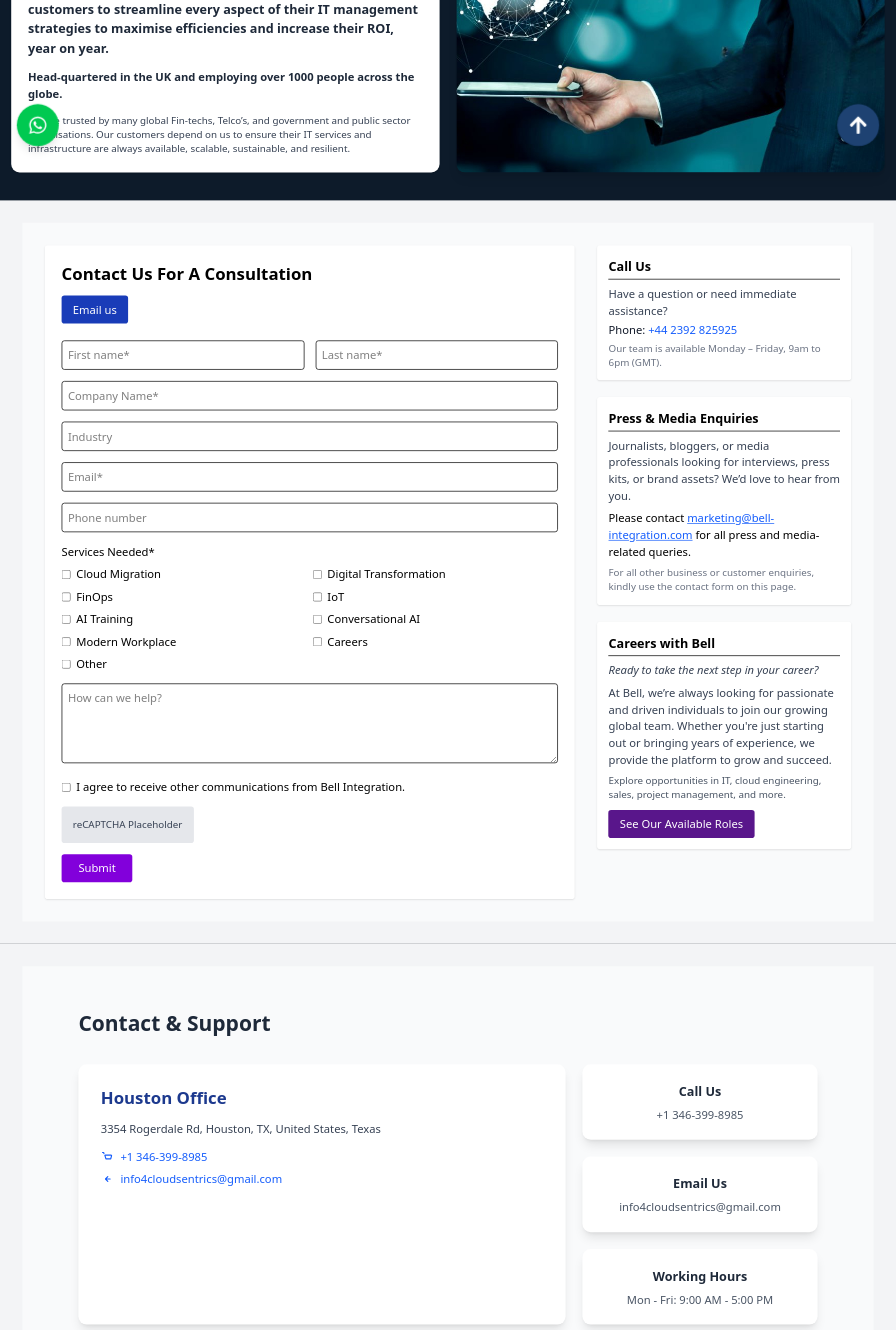
Repository: chykesure/cloudsentrics_
Page: /contact
An editor plug-in stored every save of this project. The page is shown before and after the next save, followed by the edit.
The browser window is 1280 px wide. The pictures show the part of the page from y = 486 to 2386 px (the page is 3101 px tall before and 3045 px after), at 70% of full size.
Pictures or frames that could not be fetched are drawn as grey boxes. The project was rebuilt for these pictures with package versions that can differ from the ones it lists, and the page was loaded fresh each time. Also part of the build but not shown: vite.config.js, src/pages/Header.jsx, src/pages/Footer.jsx, src/pages/students/Reviews.jsx, src/pages/students/Testimony.jsx, src/pages/students/TestimonyLanding.jsx, src/pages/LandingPage.jsx, src/pages/students/Header.jsx and 41 more.

Above is the page before, as saved 2025-04-09 12:54:44.

After the next save:
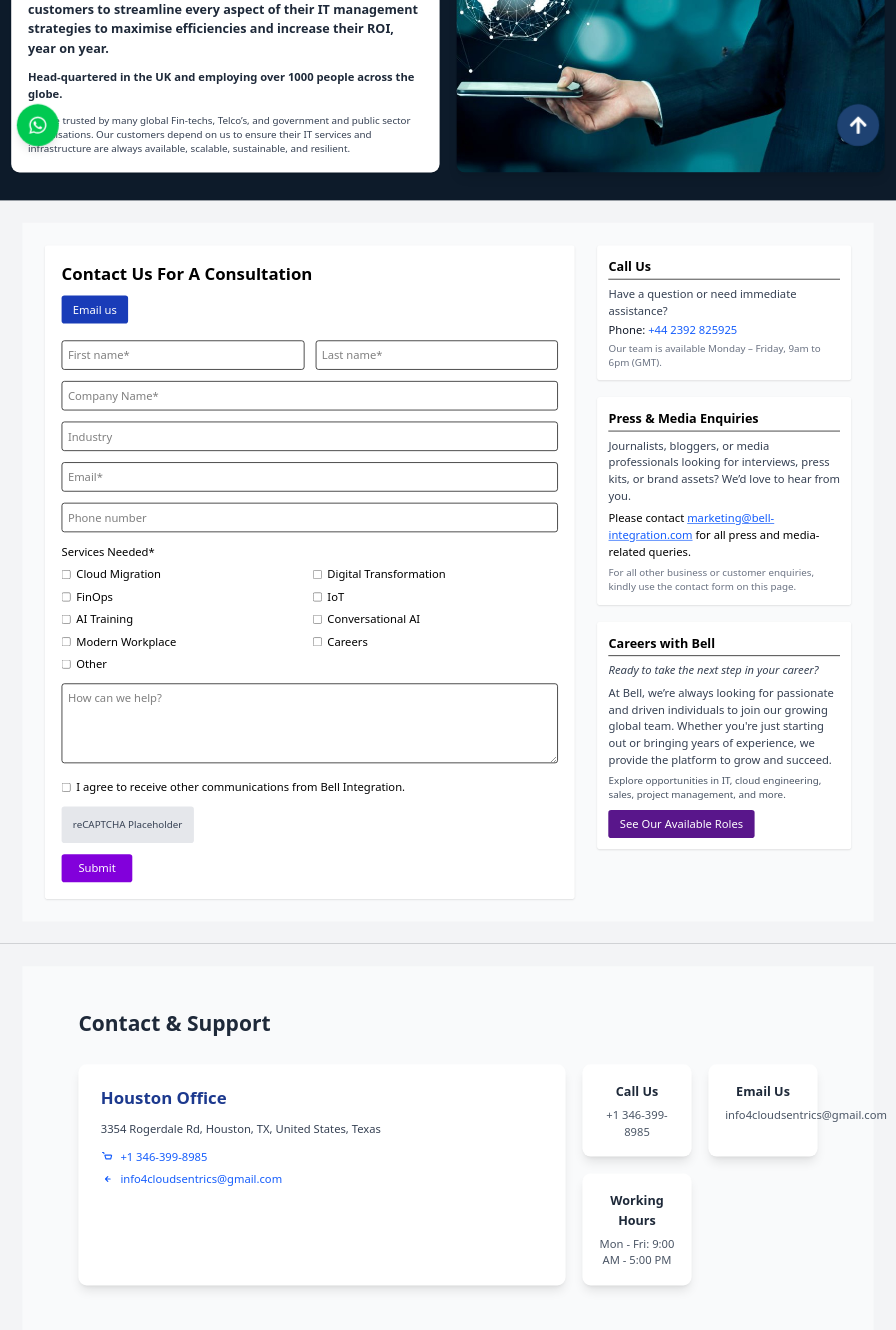
Saved 62 s later.
--- a/src/pages/partners/main_menu/contactmap.jsx
+++ b/src/pages/partners/main_menu/contactmap.jsx
@@ -6,9 +6,9 @@
             <h2 className="text-3xl font-semibold text-gray-800 mb-10">Contact & Support</h2>
 
             {/* Unified Grid: Office Info + Bottom Info Boxes */}
-            <div className="grid grid-cols-1 md:grid-cols-3 gap-6 mb-16">
+            <div className="grid grid-cols-1 md:grid-cols-2 lg:grid-cols-3 gap-6 mb-16">
                 {/* Main Office Info */}
-                <div className="bg-white rounded-xl shadow-lg p-8 md:col-span-2">
+                <div className="bg-white rounded-xl shadow-lg p-8 col-span-1 md:col-span-2">
                     <h3 className="text-2xl font-bold text-blue-900 mb-4">Houston Office</h3>
                     <p className="text-gray-700 mb-4">
                         3354 Rogerdale Rd, Houston, TX, United States, Texas
@@ -36,7 +36,7 @@
                 </div>
 
                 {/* Quick Contact Boxes */}
-                <div className="grid grid-cols-1 gap-6">
+                <div className="grid grid-cols-1 md:grid-cols-2 gap-6">
                     <div className="bg-white rounded-xl shadow-lg p-6 text-center">
                         <h4 className="text-lg font-semibold text-gray-800 mb-2">Call Us</h4>
                         <p className="text-gray-600">+1 346-399-8985</p>
@@ -51,6 +51,7 @@
                     </div>
                 </div>
             </div>
+
 
             {/* Full-Width Map */}
             <div className="w-full">
